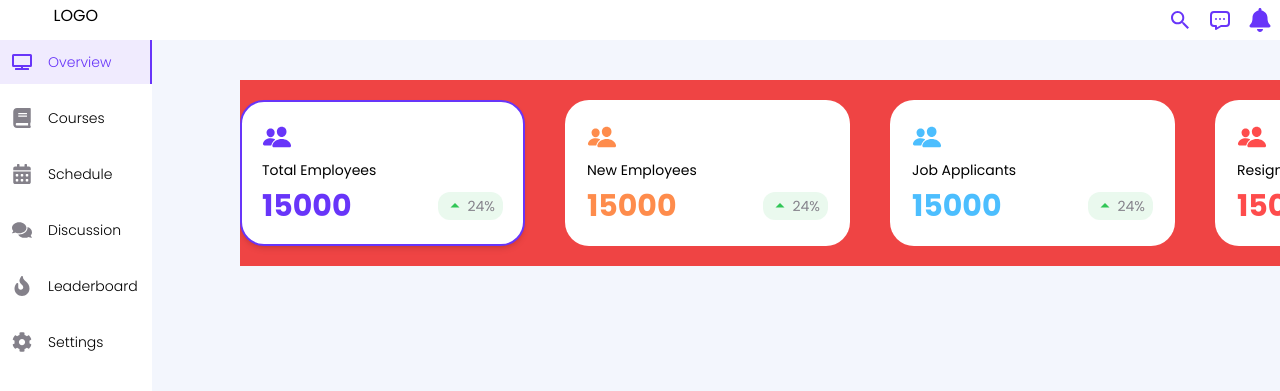
Repository: SpicierEwe/creativeio_hr_dashboard
Page: /
An editor plug-in stored every save of this project. The page is shown before and after the next save, followed by the edit.
The browser window is 1280 px wide. The pictures show the whole page.
The project was rebuilt for these pictures with package versions that can differ from the ones it lists, and the page was loaded fresh each time. Also part of the build but not shown: src/components/dashboard/sections/sections_2/section_2.jsx. Imported but missing from the stored project, and not drawn on this page: src/components/dashboard/sections/sections_2/charts/pie_chart.

Above is the page before, as saved 2024-06-28 23:28:05.

### public/index.html
<!DOCTYPE html>
<html lang="en">
  <head>
    <meta charset="utf-8" />
    <link rel="icon" href="%PUBLIC_URL%/favicon.ico" />
    <meta name="viewport" content="width=device-width, initial-scale=1" />
    <meta name="theme-color" content="#000000" />
    <meta
      name="description"
      content="A perfectly optmized HR Dashboard for all screens sizes to give you the best possible user experience no matter the type of screen size you use."
    />
    <link rel="apple-touch-icon" href="%PUBLIC_URL%/logo192.png" />
    <!--
      manifest.json provides metadata used when your web app is installed on a
      user's mobile device or desktop. See https://developers.google.com/web/fundamentals/web-app-manifest/
    -->
    <link rel="manifest" href="%PUBLIC_URL%/manifest.json" />
    <!--
      Notice the use of %PUBLIC_URL% in the tags above.
      It will be replaced with the URL of the `public` folder during the build.
      Only files inside the `public` folder can be referenced from the HTML.

      Unlike "/favicon.ico" or "favicon.ico", "%PUBLIC_URL%/favicon.ico" will
      work correctly both with client-side routing and a non-root public URL.
      Learn how to configure a non-root public URL by running `npm run build`.
    -->
    <title>HR Dashboard</title>
  </head>
  <body>
    <noscript>You need to enable JavaScript to run this app.</noscript>
    <div id="root"></div>
    <!--
      This HTML file is a template.
      If you open it directly in the browser, you will see an empty page.

      You can add webfonts, meta tags, or analytics to this file.
      The build step will place the bundled scripts into the <body> tag.

      To begin the development, run `npm start` or `yarn start`.
      To create a production bundle, use `npm run build` or `yarn build`.
    -->
  </body>
</html>

### src/index.css
@import url('https://fonts.googleapis.com/css2?family=Poppins:ital,wght@0,100;0,200;0,300;0,400;0,500;0,600;0,700;0,800;0,900;1,100;1,200;1,300;1,400;1,500;1,600;1,700;1,800;1,900&display=swap');


@tailwind base;
@tailwind components;
@tailwind utilities;

@layer base {
    :root {
        --color-primary: #ffffff;
        --color-secondary: #f3f6fd;
        --accent: #6835f9;
        --accent-light: #f0ebfe;

        --font-primary: #202020;
        --font-secondary: #84818A;
        --font-tertiary: #47464A;
        /* Corrected the double # */
    }

    .hide-scrollbar::-webkit-scrollbar {
        display: none;
    }

    .hide-scrollbar {
        -ms-overflow-style: none;
        /* IE and Edge */
        scrollbar-width: none;
        /* Firefox */
    }

    body {
        font-family: 'Poppins', sans-serif;
        background-color: var(--color-secondary);
    }

    h1,
    h2,
    h3,
    h4 {
        color: var(--font-primary);
    }





    p {
        color: var(--font-secondary);
    }
}

### src/App.js
import { BrowserRouter as Router, Routes, Route } from "react-router-dom";

import "./App.css";
import DashBoard from "./components/dashboard/dashboard";
import SideNav from "./components/side_nav/side_nav";
import { useRef } from "react";

function App() {
  const sideRef = useRef(null);
  return (
    <Router>
      <div className="App overflow-x-hidden ">
        <div className="flex max-w-screen-2xl w-screen">
          {/* side and top nav  */}
          <div ref={sideRef} className="">
            <SideNav />
          </div>
          {/* right content */}
          <div className="w-[100%] pt-20  ">
            <Routes>
              <Route path="/" element={<DashBoard />} />
            </Routes>
          </div>
        </div>
      </div>
    </Router>
  );
}

export default App;

### src/components/dashboard/dashboard.jsx
import Section1 from "./sections/section_1/section_1";
import Section2 from "./sections/sections_2/section_2";

function DashBoard() {
  return (
    <div>
      <div className=" ">
        <Section1 />
      </div>

      <div className="">{/* <Section2 /> */}</div>
    </div>
  );
}

export default DashBoard;

### src/components/side_nav/side_nav.jsx
import React, { useEffect, useState } from "react";

import {
  FaComments,
  FaCog,
  FaFire,
  FaCalendarAlt,
  FaBook,
  FaTv,
  FaBell,
} from "react-icons/fa";
import { IoMdSearch } from "react-icons/io";
import { TbMessageDots } from "react-icons/tb";
import { Link, redirect, useLocation } from "react-router-dom";

const menuItems = [
  { id: 1, icon: <FaTv />, label: "Overview", notifications: 0, redirect: "/" },
  {
    id: 2,
    icon: <FaBook />,
    label: "Courses",
    notifications: 0,
    redirect: "/courses",
  },
  {
    id: 3,
    icon: <FaCalendarAlt />,
    label: "Schedule",
    notifications: 2,
    redirect: "/schedule",
  },
  {
    id: 4,
    icon: <FaComments />,
    label: "Discussion",
    notifications: 0,
    redirect: "/discussion",
  },
  {
    id: 5,
    icon: <FaFire />,
    label: "Leaderboard",
    notifications: 0,
    redirect: "/leaderboard",
  },
  {
    id: 6,
    icon: <FaCog />,
    label: "Settings",
    notifications: 0,
    redirect: "/settings",
  },
];

function SideNav() {
  const [selectedNavIndex, setSelectedNavIndex] = useState(0);

  const location = useLocation();

  useEffect(() => {
    const path = location.pathname;
    const index = menuItems.findIndex((item) => item.redirect === path);
    setSelectedNavIndex(index);
  }, [location.pathname]);

  return (
    <div className="fixed">
      {/* top nav */}
      <TopNavBar />

      {/* side nav */}
      <ul className="flex flex-col fixed  gap-3 h-screen justify-between z-[999] bg-primary">
        <div className="flex flex-col  gap-3">
          {/*  LOGO images */}

          <div className="mt-1">LOGO</div>

          {/* <h2>Main Menu</h2> */}
          {menuItems.map((item, index) => {
            const isSelected = selectedNavIndex === index;
            return (
              <Link to={item.redirect}>
                <li
                  key={item.id}
                  // bg
                  className={`p-3 border-r-2 ${
                    isSelected ? "border-accent" : "border-primary"
                  } text-md cursor-pointer w-full ${
                    isSelected ? "bg-accent_light" : ""
                  } transition-all duration-200 ease-in-out`}
                  onClick={() => setSelectedNavIndex(index)}
                >
                  <div className="flex justify-between gap-10 ">
                    <div className="flex gap-4">
                      {/* item icon */}
                      <div
                        className={` text-2xl lg:text-xl ${
                          isSelected ? "text-accent" : "text-secondary"
                        }  `}
                      >
                        {item.icon}
                      </div>

                      {/* lable */}
                      <div
                        className={`hidden lg:block text-sm font-light ${
                          isSelected ? "text-accent" : ""
                        } `}
                      >
                        {item.label}
                      </div>
                    </div>
                  </div>
                </li>
              </Link>
            );
          })}
        </div>
      </ul>
    </div>
  );
}

export default SideNav;
const TopNavBar = () => {
  const icons = [<IoMdSearch />, <TbMessageDots />, <FaBell />];
  return (
    <div className="bg-primary w-screen fixed  max-w-screen-2xl">
      {/* mobile */}
      <div className="flex justify-between">
        <div></div>

        {/* icons */}
        <div className="flex">
          {icons.map((icon, index) => (
            <div
              key={index}
              className="flex justify-end p-2 text-2xl text-accent"
            >
              {icon}
            </div>
          ))}
        </div>
      </div>
    </div>
  );
};

### src/components/dashboard/sections/section_1/section_1.jsx
import { useState } from "react";
import { IoPeople } from "react-icons/io5";
import { RiArrowUpSFill } from "react-icons/ri";

function Section1() {
  const data = [
    {
      icon: <IoPeople />,
      title: "Total Employees",
      count: 15000,
      percentage: "24%",
      color: "#6835f9",
      drop: false,
    },
    {
      icon: <IoPeople />,
      title: "New Employees",
      count: 15000,
      percentage: "24%",
      color: "#fe8c4c",
      drop: false,
    },
    {
      icon: <IoPeople />,
      title: "Job Applicants",
      count: 15000,
      percentage: "24%",
      color: "#4cbefe",
      drop: false,
    },
    {
      icon: <IoPeople />,
      title: "Resigned Employees",
      count: 15000,
      percentage: "24%",
      color: "#fe4c4c",
      drop: true,
    },
  ];

  function hexToRGBA(hex, opacity) {
    let r = 0,
      g = 0,
      b = 0;
    if (hex.length === 4) {
      r = parseInt(hex[1] + hex[1], 16);
      g = parseInt(hex[2] + hex[2], 16);
      b = parseInt(hex[3] + hex[3], 16);
    } else if (hex.length === 7) {
      r = parseInt(hex[1] + hex[2], 16);
      g = parseInt(hex[3] + hex[4], 16);
      b = parseInt(hex[5] + hex[6], 16);
    }
    return `rgba(${r},${g},${b},${opacity})`;
  }

  const item = {
    color: "#ff5733", // Example color
  };

  const boxShadowColor = hexToRGBA(item.color, 0.3);
  const boxShadow = `0 4px 10px -3px ${boxShadowColor}`;
  console.log(boxShadow);

  const [selectedIndex, setSelectedIndex] = useState(0);

  return (
    <div className="hide-scrollbar flex gap-5 lg:gap-10 overflow-x-auto hide-scroll w-full p-5 pl-0   xl:grid grid-cols-4  ml-[5rem] lg:ml-[15rem] bg-red-500">
      {data.map((item, index) => {
        return (
          <div
            key={index}
            onClick={() => setSelectedIndex(index)}
            className={`text-start rounded-3xl p-5 bg-primary flex flex-col items-start cursor-pointer ${
              selectedIndex === index ? `shadow-md` : ""
            } transition-all duration-200 ease-in-out `}
            style={{
              border: `2px ${
                selectedIndex === index ? item.color : "transparent"
              } solid`,
            }}
          >
            <div
              className="text-3xl"
              style={{
                color: item.color,
              }}
            >
              {item.icon}
            </div>
            <div className=" mt-2 text-sm  whitespace-nowrap">{item.title}</div>
            <div className="w-full flex gap-3 mt-2  items-center justify-between">
              <p
                className="text-3xl font-bold"
                style={{
                  color: item.color,
                }}
              >
                {item.count}
              </p>
              <div
                className="flex gap-1 items-center w-fit rounded-xl py-1 px-2"
                style={{
                  color: item.drop ? "red" : "green",
                  backgroundColor: item.drop
                    ? "rgba(254, 76, 76, 0.1)"
                    : "rgba(49, 198, 86, 0.1)",
                }}
              >
                {!item.drop ? (
                  <RiArrowUpSFill className="text-[#31c656] text-lg" />
                ) : (
                  <RiArrowUpSFill className="text-red-500 text-lg rotate-180" />
                )}
                <p className="text-sm">{item.percentage}</p>
              </div>
            </div>
          </div>
        );
      })}
    </div>
  );
}

export default Section1;

### tailwind.config.js
/** @type {import('tailwindcss').Config} */
module.exports = {
  content: ["./src/**/*.{js,jsx,ts,tsx}"],
  theme: {
    extend: {
      colors: {
        primary: "var(--color-primary)",
        secondary: "var(--color-secondary)",
        accent: "var(--accent)",
        accent_light: "var(--accent-light)",
      },
      textColor: {
        primary: "var(--font-primary)",
        secondary: "var(--font-secondary)",
        tertiary: "var(--font-tertiary)",
      },
    },
  },
  plugins: [],
};

Loaded but not shown: src/index.js (common file); src/reportWebVitals.js (common file); src/App.css (common file)

After the next save:
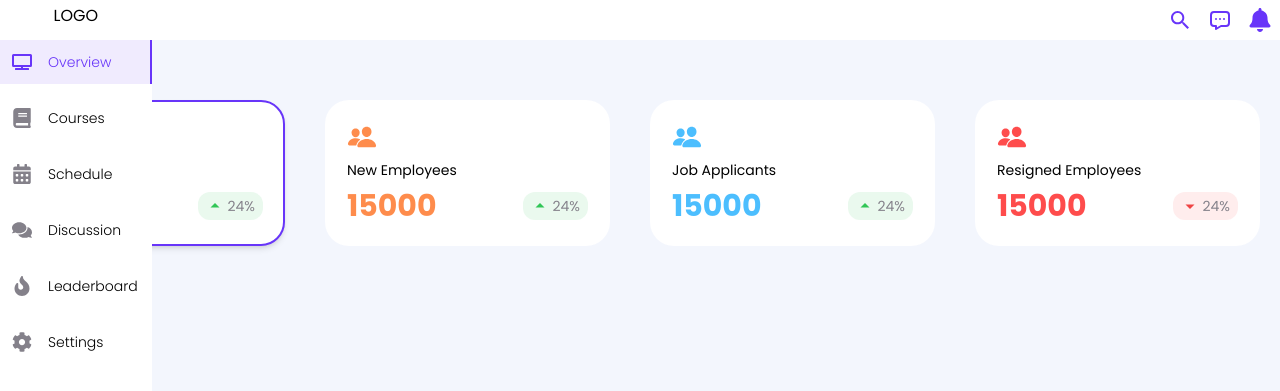
Saved 10 s later.
--- a/src/components/dashboard/sections/section_1/section_1.jsx
+++ b/src/components/dashboard/sections/section_1/section_1.jsx
@@ -65,7 +65,7 @@ function Section1() {
   const [selectedIndex, setSelectedIndex] = useState(0);
 
   return (
-    <div className="hide-scrollbar flex gap-5 lg:gap-10 overflow-x-auto hide-scroll w-full p-5 pl-0   xl:grid grid-cols-4  ml-[5rem] lg:ml-[15rem] bg-red-500">
+    <div className="hide-scrollbar flex gap-5 lg:gap-10 overflow-x-auto hide-scroll w-full p-5 pl-0   xl:grid grid-cols-4 ">
       {data.map((item, index) => {
         return (
           <div
